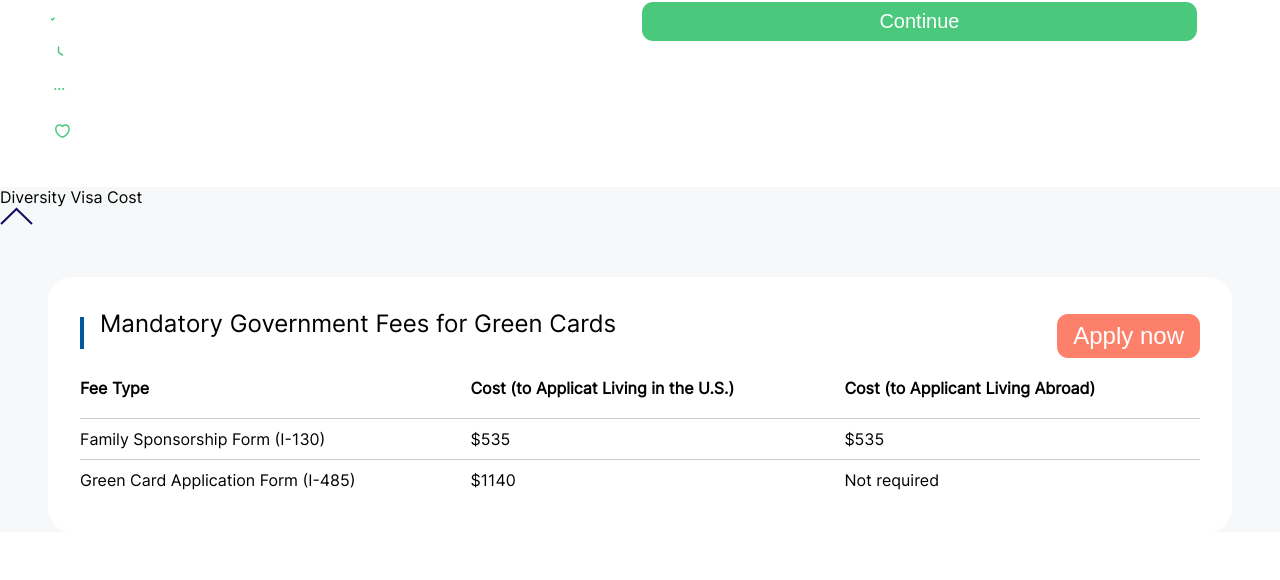
Repository: switch247/small_ui
Page: /, after clicking the first element matching `div.dropdown__clickable`
These files come from the project's save history. The page is drawn as it stood at one moment and after the next save; the edit follows.
The browser window is 1280 px wide. The pictures show the part of the page from y = 720 to 1327 px (the page is 1300 px tall before and 1327 px after).
The project was rebuilt for these pictures with package versions that can differ from the ones it lists, and the page was loaded fresh each time.

Above is the page before, as saved 2023-10-12 17:17:35.

After the next save:
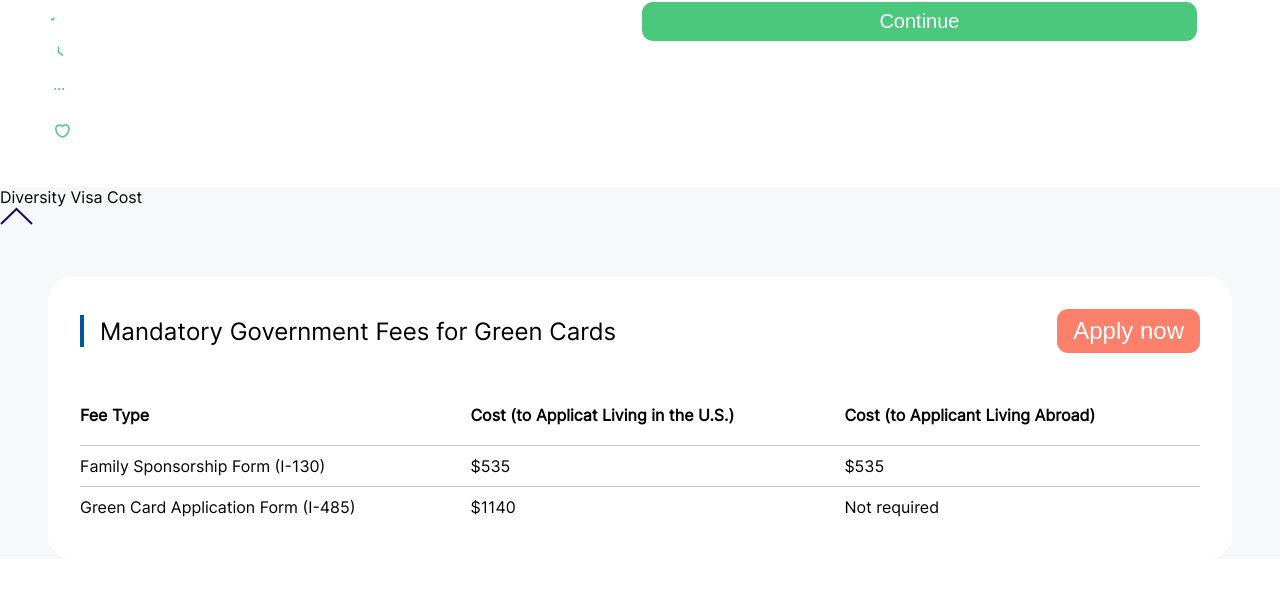
Saved 17 s later.
--- a/src/css/components/Table.css
+++ b/src/css/components/Table.css
@@ -13,11 +13,11 @@
   justify-content: flex-start;
   align-items: center;
   gap: 1rem;
+  margin-bottom: 2rem;
 }
 .tableview__title {
   flex-grow: 1;
   font-size: 1.5rem;
-  margin-bottom: 1.2rem;
 }
 .tableview__curved__btn {
   align-self: flex-end;
